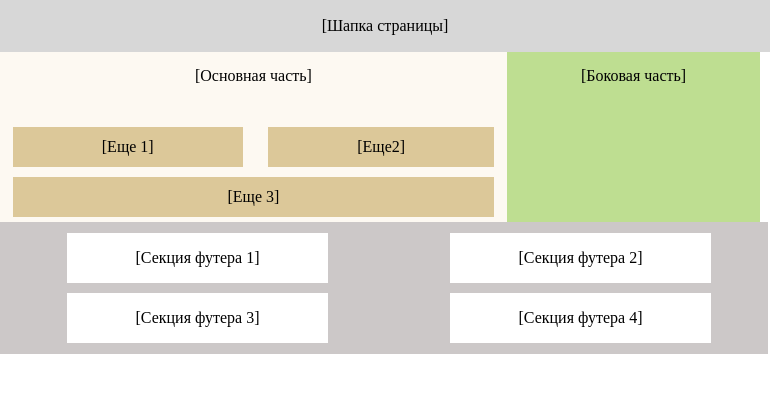
Repository: VictoriSyh/week7
Page: index_adapt.html
These files come from the project's save history. The page is drawn as it stood at one moment and after the next save; the edit follows.
The browser window is 768 px wide. The page is 770 px wide, so the pictures cover 770 px, including what lies to the right of the window. The pictures show the whole page.

Above is the page before, as saved 2025-01-02 18:16:40.

### index_adapt.html
<!DOCTYPE html>
<html lang="ru">
<head>
    <link rel="stylesheet" href="/styles/normalize.css">
    <link rel="stylesheet" href="./styles/style_adapt.css">
    <meta charset="UTF-8">
    <meta name="viewport" content="width=device-width, initial-scale=1.0">
    <link rel="shortcut icon" href="https://www.svgrepo.com/show/529024/home-wifi-angle.svg"
    type="image/svg">
    <title>Домашняя работа</title>
</head>
<body>
<header>
    [Шапка страницы]
</header>
    <main>
<div class="mainpart">
    <div class="left">
    <div class="block">[Основная часть]</div>
    <div class="one">[Еще 1]</div>
    <div class="two">[Еще2]</div>
    <div class="three">[Еще 3]</div>
</div>
<div class="right_block">
    <div class="text">[Боковая часть]</div>
</div>
</div>

</main>
    <footer>
        <div class="section">[Секция футера 1]</div>
        <div class="section">[Секция футера 2]</div>
        <div class="section">[Секция футера 3]</div>
        <div class="section">[Секция футера 4]</div>
    </footer>
</body>
</html

### styles/style_adapt.css
header{
    display: grid;
    align-items: center;
    justify-items: center;
    border: 1px solid rgb(215, 215, 215);
    background-color: rgb(215, 215, 215);
    height: 50px;
    width: 100%;
}
main{
    display: grid;
    width: 100%;
}

.mainpart{
    display: grid;
    grid-template-columns: 33% 33% 33%;
}

.left{
    display: grid;
    grid-template-rows: 70px 50px 50px;
    grid-column:1/3;
    background-color:rgb(253, 249, 242)
}

.block{
    display: grid;
    grid-row: 1/2;
    grid-column:1/3;
    margin: 15px;
    text-align: center;
}

.right_block{
    grid-row: 1/2;
    grid-column:3/4;
    background-color: rgb(190, 222, 145);
    text-align: center;
}

.text{
    margin: 15px;
}

.three{
    display: grid;
    grid-row: 3/4;
    grid-column:1/3;
    place-items: center;
    margin: auto;
    background-color: rgb(220, 200, 153);
    width: 95%;
    height: 80%;
}

.one{
    display: grid;
    grid-row: 2/3;
    grid-column:1/2;
    place-items: center;
    margin: auto;
    background-color: rgb(220, 200, 153);
    width: 90%;
    height: 80%;
}

.two{
    display: grid;
    grid-row: 2/3;
    grid-column:2/3;
    place-items: center;
    margin: auto;
    background-color: rgb(220, 200, 153);
    width: 90%;
    height: 80%;
}

footer{
    display: grid;
    grid-template-columns: repeat(auto-fit, minmax(200px, 1fr));
    gap: 10px;
    padding: 10px;
    justify-items: center;
    align-items: center;
    border: 1px solid rgb(204, 200, 200);
    background-color: rgb(204, 200, 200);
}
.section{
    display: grid;
    background-color: white;
    width: 70%;
    height: 50px;
    place-items: center;
}

/*Адаптация*/

/*Tablet*/
@media screen and (max-width: 850px) {
    footer{
        display: grid;
        grid-template-columns: 50% 50%;
        grid-template-rows: 1fr 1fr;
    }
}

Loaded but not shown: styles/normalize.css (library)

After the next save:
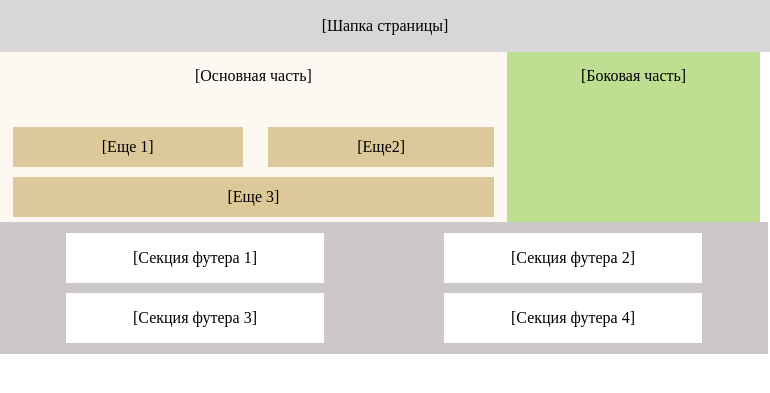
Saved 14 s later.
--- a/styles/style_adapt.css
+++ b/styles/style_adapt.css
@@ -100,7 +100,7 @@ footer{
 @media screen and (max-width: 850px) {
     footer{
         display: grid;
-        grid-template-columns: 50% 50%;
+        grid-template-columns: 1fr 1fr;
         grid-template-rows: 1fr 1fr;
     }
 }
